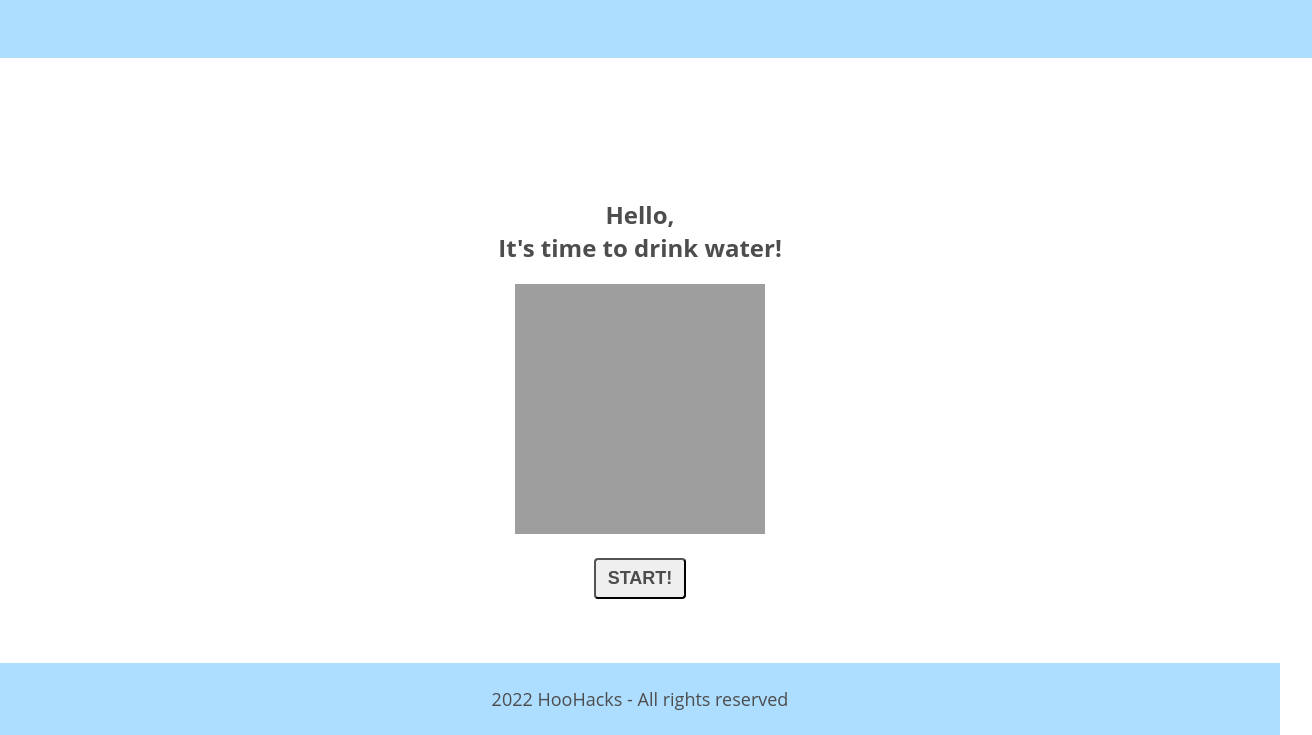
Repository: jennyjjung/H2ODaily
Page: index.html
These files come from the project's save history. The page is drawn as it stood at one moment and after the next save; the edit follows.
The browser window is 1280 px wide. The page is 1312 px wide, so the pictures cover 1312 px, including what lies to the right of the window. The pictures show the whole page.
Pictures or frames that could not be fetched are drawn as grey boxes.

Above is the page before, as saved 2022-03-26 15:00:27.

After the next save:
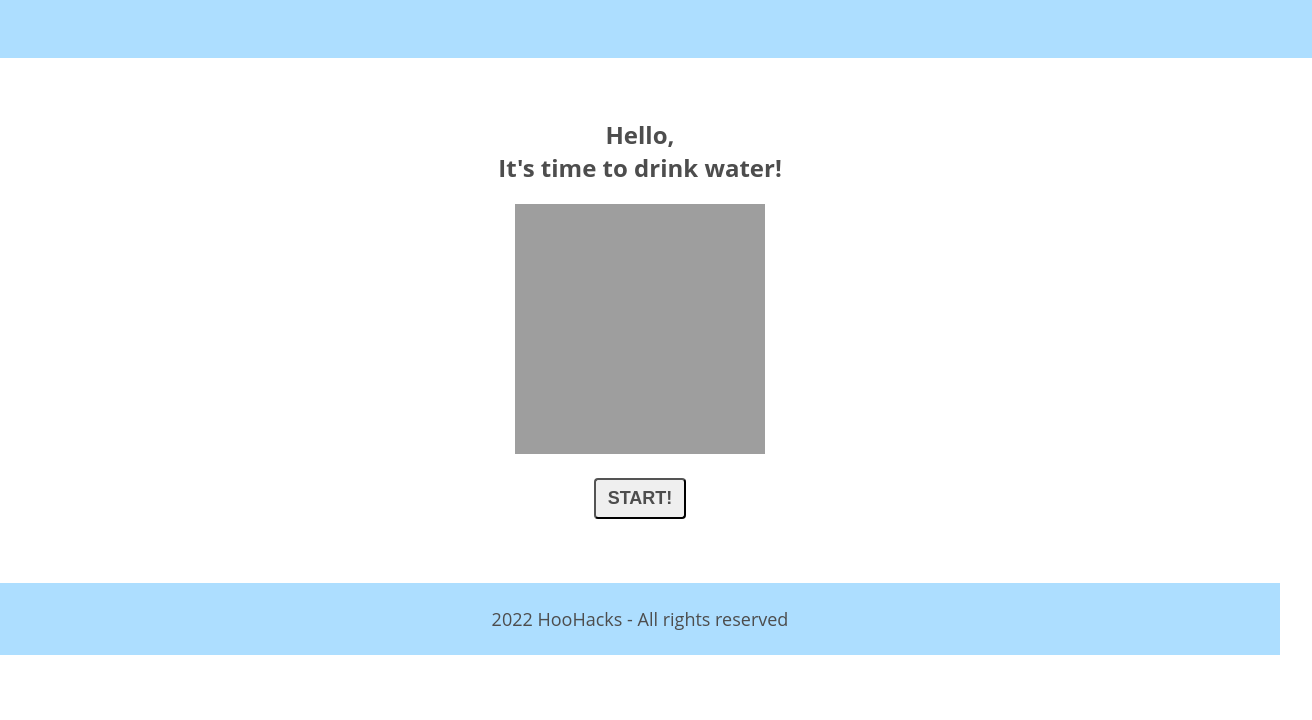
Saved 67 s later.
--- a/style.css
+++ b/style.css
@@ -44,8 +44,8 @@ p {
 
 /* Home */
 #home {
-  padding: 40px;
-  padding-top: 120px;
+  padding: 40px 120px;
+
   text-align: center;
 }
 
